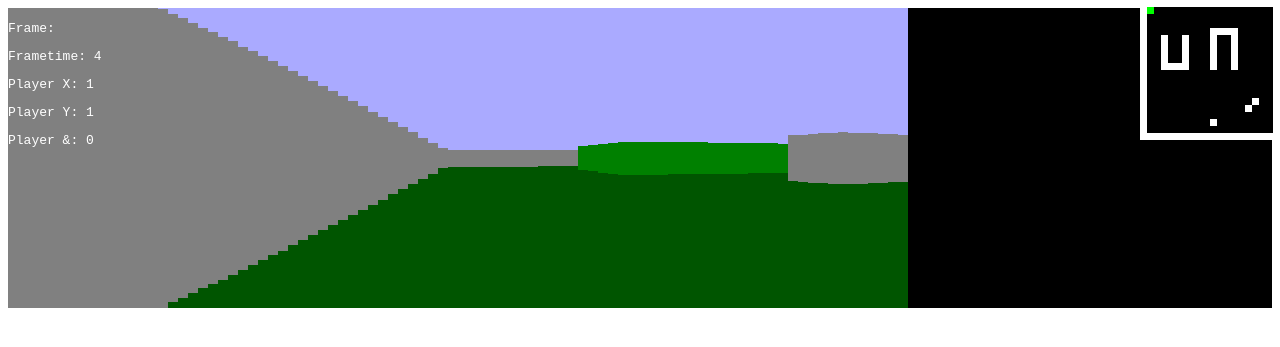
Repository: MarianoGitelman/javascript
Page: Raycaster.html
The author's editor kept a record of every edit. The page is drawn from the files as they stood at one moment, then again after the next edit.
The browser window is 1280 px wide. The pictures show the whole page.

Above is the page before.

After the next edit:
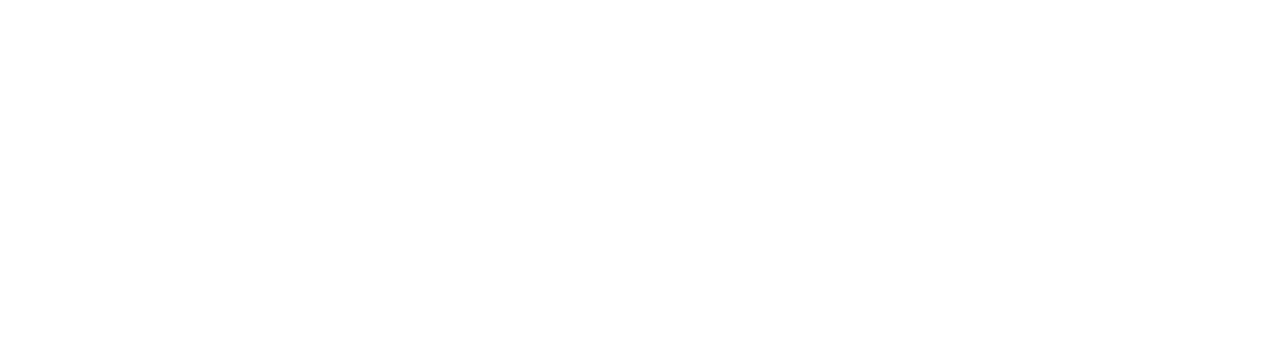
Console error: SyntaxError: Invalid or unexpected token
The edit:
--- a/Raycaster.html
+++ b/Raycaster.html
@@ -10,6 +10,8 @@
 	<script type="text/javascript">
 		var game;
 		$(document).ready(function(){
+			console.log("hola", Raycaster);
+			/*
 			game = new Raycaster(
 				{
 					target		: '.juego',

After the 5 edits that followed:
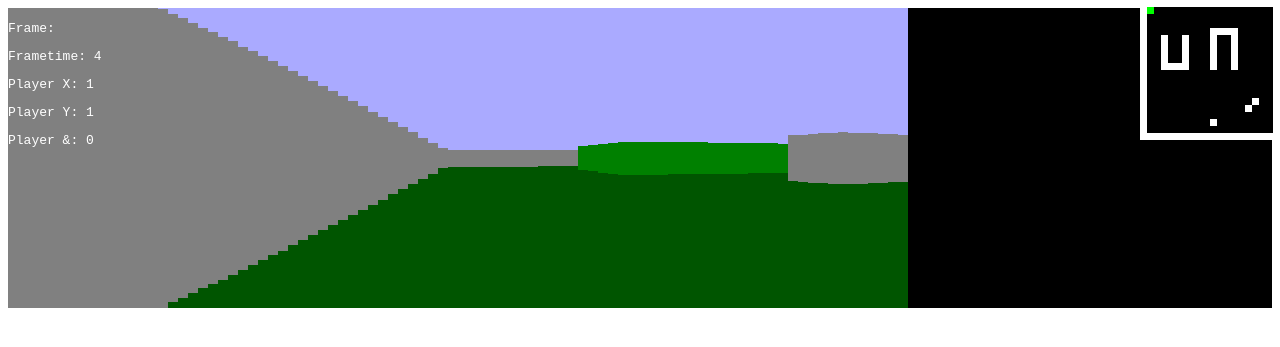
The error is gone.
The 5 edits are shown as one change because 4 left the picture as it was.
The edit:
--- a/Raycaster.html
+++ b/Raycaster.html
@@ -10,8 +10,8 @@
 	<script type="text/javascript">
 		var game;
 		$(document).ready(function(){
-			console.log("hola", Raycaster);
-			/*
+			console.log("hola");
+
 			game = new Raycaster(
 				{
 					target		: '.juego',
